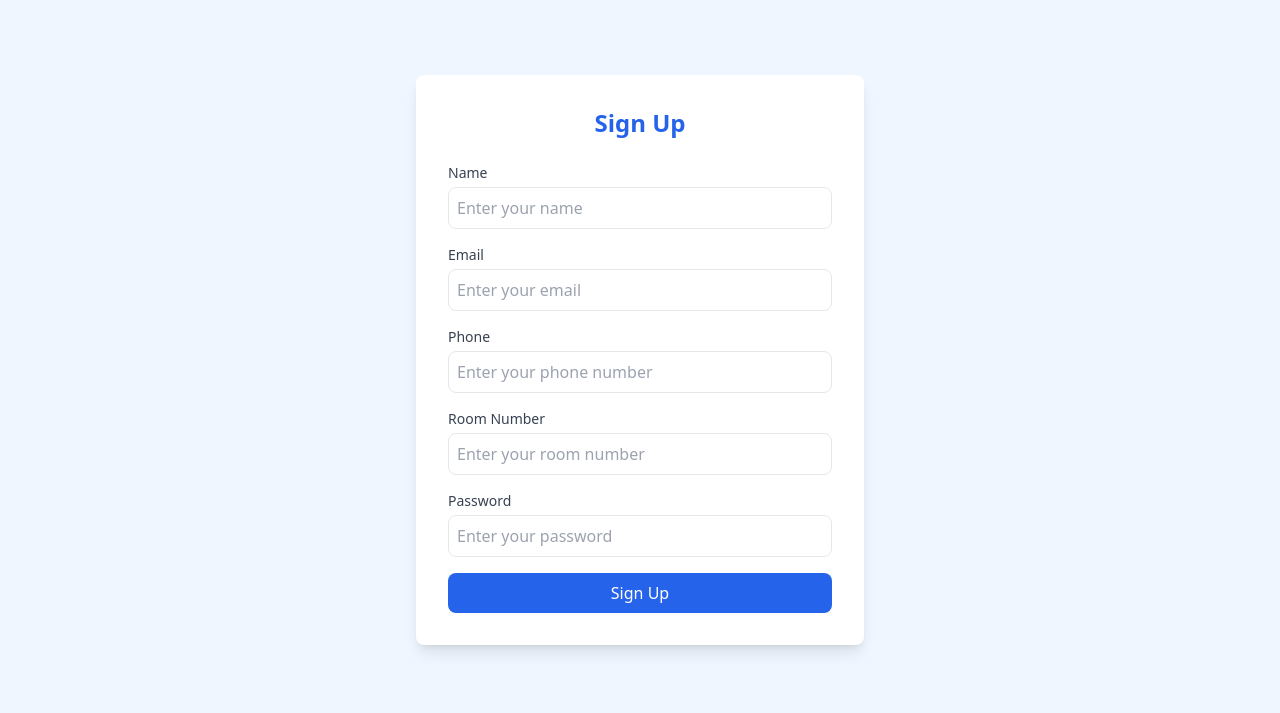
Repository: makanda596/system
Page: /signup (app in client/)
These files come from the project's save history. The page is drawn as it stood at one moment and after the next save; the edit follows.
The browser window is 1280 px wide. The pictures show the whole page.
The project was rebuilt for these pictures with package versions that can differ from the ones it lists, and the page was loaded fresh each time. Also part of the build but not shown: client/src/Home.jsx, client/src/LoginForm.jsx. Imported but missing from the stored project, and not drawn on this page: client/src/reportWebVitals.

Above is the page before, as saved 2024-12-03 07:45:23.

After the next save:
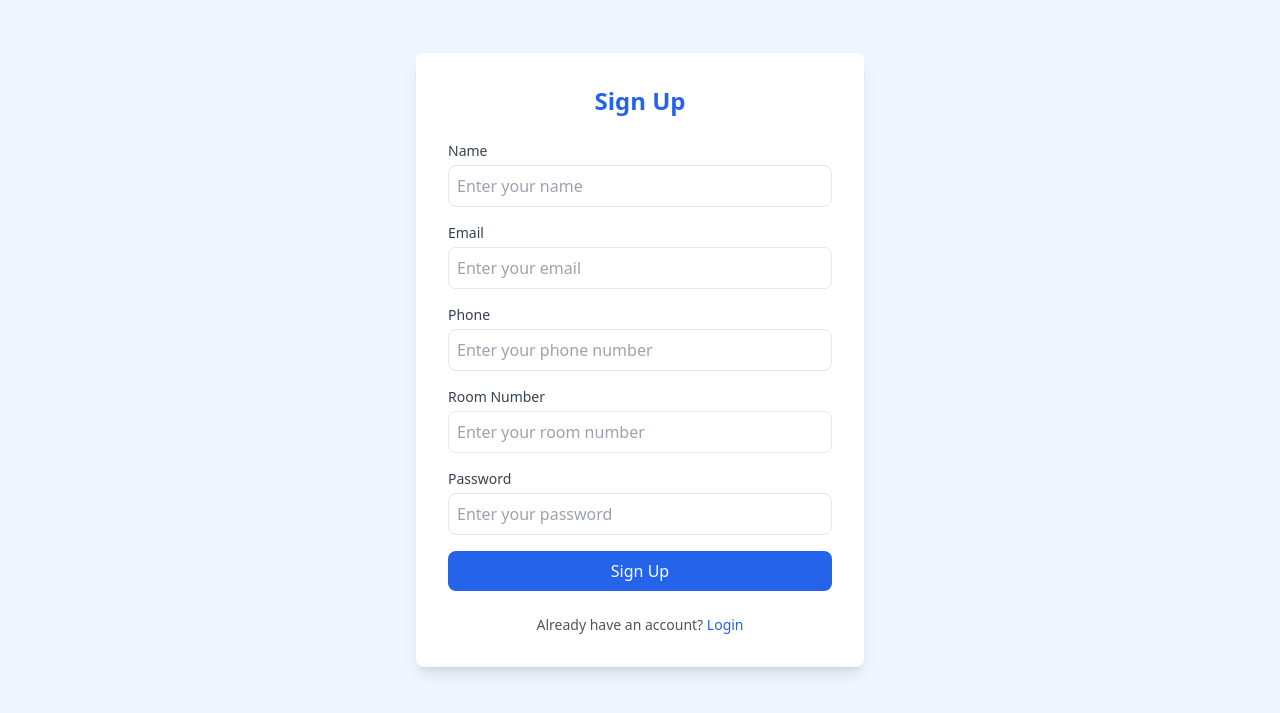
Saved 2 min 44 s later.
--- a/client/src/SignUpForm.jsx
+++ b/client/src/SignUpForm.jsx
@@ -110,6 +110,14 @@ function SignUpForm() {
                         {message}
                     </p>
                 )}
+                <div className="mt-6 text-center">
+                    <p className="text-sm text-gray-600">
+                        Already have an account?{' '}
+                        <a href="/login" className="text-blue-600 hover:underline">
+                            Login
+                        </a>
+                    </p>
+                </div>
             </div>
         </div>
     );
